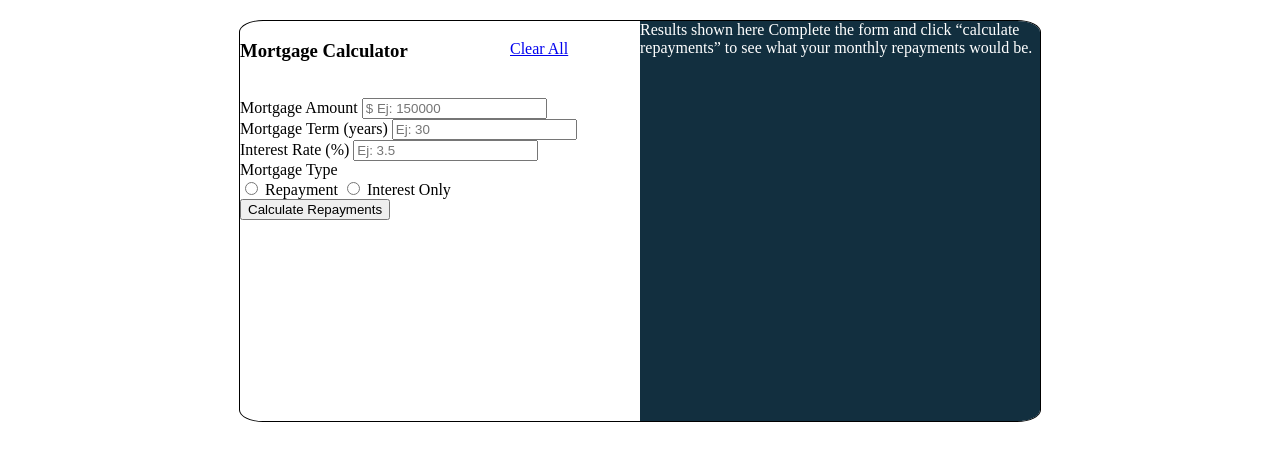
Repository: GravielPV/Mortgage-repayment-calculator
Page: index.html
The author's editor kept a copy of each file at every save. The page is drawn from the files as they stood at one save, then again after a run of saves.
The browser window is 1280 px wide. The pictures show the whole page.

Above is the page before, as saved 2025-12-11 17:07:41.

After the next 3 saves:
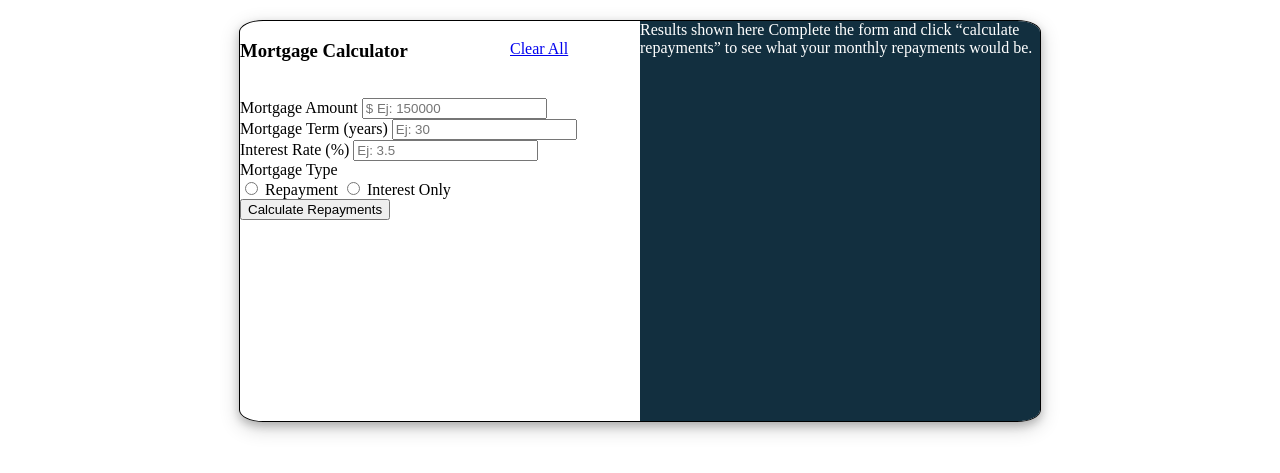
The 3 saves are shown as one change because they came seconds apart.
The last was saved 12 s later.
--- a/styles.css
+++ b/styles.css
@@ -7,6 +7,8 @@ border-radius: 3%;
 border: 1px solid rgb(0, 0, 0);
  overflow: hidden;
  justify-content: space-between;
+box-shadow: 0 4px 8px 0 rgba(0, 0, 0, 0.2), 0 6px 20px 0 rgba(0, 0, 0, 0.19);
+
 }
 
 .lado{
